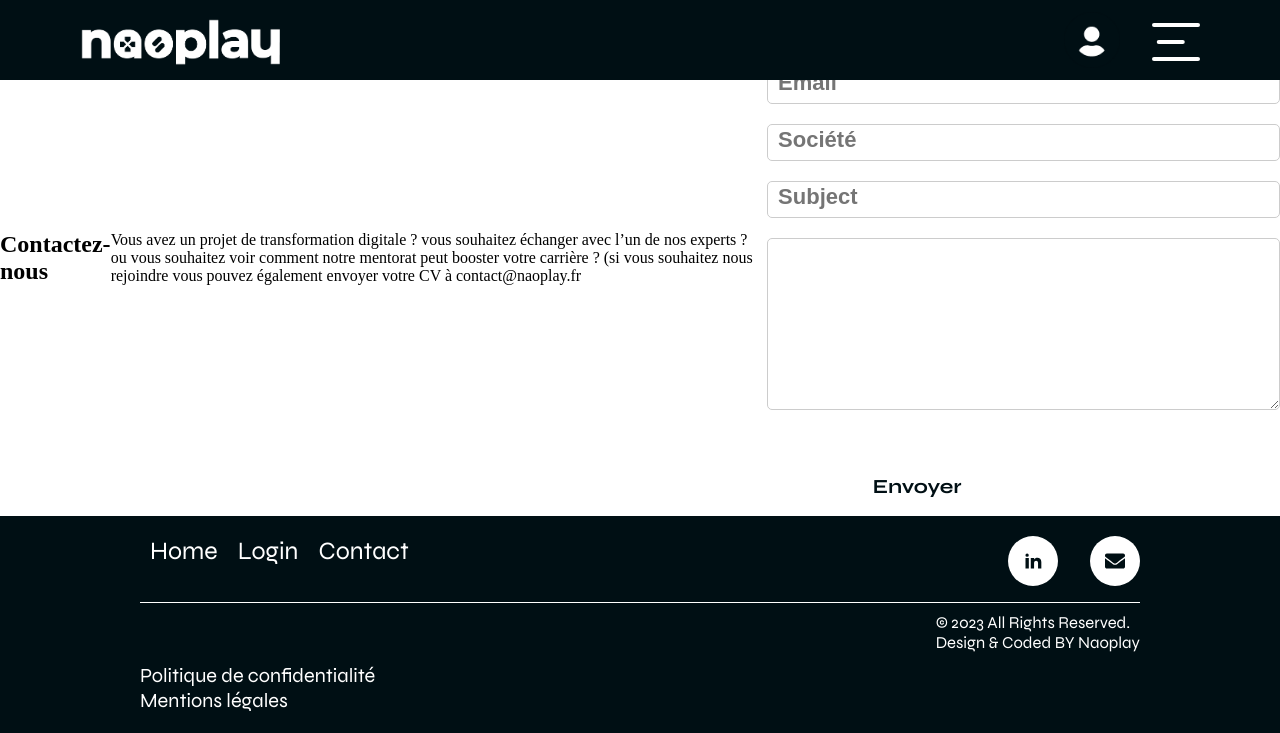
Repository: Hindsedrati/Naoplay
Page: /contact
These files come from the project's save history. The page is drawn as it stood at one moment and after the next save; the edit follows.
The browser window is 1280 px wide. The pictures show the whole page.
The project was rebuilt for these pictures with package versions that can differ from the ones it lists, and the page was loaded fresh each time. Also part of the build but not shown: src/Pages/Login/index.jsx, src/Components/Const/index.jsx, src/Components/Partners/index.jsx, src/Components/Naoplay/index.jsx, src/Components/Api/index.jsx, src/Components/Digitalisation/index.jsx, src/Components/Gateway/index.jsx, src/Components/ApiManagement/index.jsx and 6 more.

Above is the page before, as saved 2023-05-10 12:35:09.

### public/index.html
<!DOCTYPE html>
<html lang="en">
  <head>
    <meta charset="utf-8" />
    <link href="https://fonts.googleapis.com/css2?family=Syne:wght@600;700&display=swap" rel="stylesheet">
    <link rel="apple-touch-icon" sizes="180x180" href="./favicons/apple-touch-icon.png">
    <link rel="icon" type="image/png" sizes="32x32" href="./favicons/favicon-32x32.png">
    <link rel="icon" type="image/png" sizes="16x16" href="./favicons/favicon-16x16.png">
    <link rel="manifest" href="./favicons/site.webmanifest">
    <link rel="mask-icon" href="./favicons/safari-pinned-tab.svg" color="#5bbad5">
    <meta name="viewport" content="width=device-width, initial-scale=1" />
    <meta name="theme-color" content="#000000" />
    <meta
      name="description"
      content="Web site created using create-react-app"
    />
    <link rel="apple-touch-icon" href="%PUBLIC_URL%/logo192.png" />
    <!--
      manifest.json provides metadata used when your web app is installed on a
      user's mobile device or desktop. See https://developers.google.com/web/fundamentals/web-app-manifest/
    -->
    <link rel="manifest" href="%PUBLIC_URL%/manifest.json" />
    <!--
      Notice the use of %PUBLIC_URL% in the tags above.
      It will be replaced with the URL of the `public` folder during the build.
      Only files inside the `public` folder can be referenced from the HTML.

      Unlike "/favicon.ico" or "favicon.ico", "%PUBLIC_URL%/favicon.ico" will
      work correctly both with client-side routing and a non-root public URL.
      Learn how to configure a non-root public URL by running `npm run build`.
    -->
    <title>NAOPLAY</title>
  </head>
  <body>
    <noscript>You need to enable JavaScript to run this app.</noscript>
    <div id="root"></div>
    <!--
      This HTML file is a template.
      If you open it directly in the browser, you will see an empty page.

      You can add webfonts, meta tags, or analytics to this file.
      The build step will place the bundled scripts into the <body> tag.

      To begin the development, run `npm start` or `yarn start`.
      To create a production bundle, use `npm run build` or `yarn build`.
    -->
  </body>
</html>

### src/style.scss
* {
    margin: 0;
    padding: 0;
    box-sizing: border-box;
}

.app-container {
    width: 100%;
    max-width: 100%;
    margin-left: auto;
    margin-right: auto;
}

.main-container {
    width: 100%;
    overflow-x: hidden;
}

@media screen and (min-width: 769px) and (max-width: 1900px) {
    .main-container {
        padding: 70px 80px 20px 80px;
    }
}
@media screen and (min-width: 1901px) {
    .main-container {
        padding: 150px 80px 20px 80px;
    }
}
@media screen and (max-width: 768px) {
    .main-container {
        padding: 1rem;
    }
}

### src/Pages/Contact/index.jsx
import React from 'react'
import './Contact.scss'

function contact () {
  return (
    <section>
        <div className="container">
          <h2 className= "--text-center">Contactez-nous</h2>
          <p> Vous avez un projet de transformation digitale ? vous souhaitez échanger avec l’un de nos experts ? ou vous souhaitez voir comment notre mentorat peut booster votre carrière ? (si vous souhaitez nous rejoindre vous pouvez également envoyer votre CV à contact@naoplay.fr</p>
          <form className= "--formm-control --card" >
              <input type="text" placeholder= 'Full Name' name= 'user_name' required/>
              <input type="email" placeholder= 'Email' name= 'user_email' required/>
              <input type="text" placeholder="Société" name="societe" required />
              <input type="text" placeholder= 'Subject' name= 'subject' required/>
              <textarea name="message" cols="30" rows="10"></textarea>
              <button type= "submit" className= "--btn --btn-primary">Envoyer</button>


          </form>
        </div>
    </section>
  )
}

export default contact;

### src/Layouts/Footer/Index.jsx
import './footer.scss';
import { RiLinkedinFill } from "react-icons/ri";
import { FaEnvelope } from "react-icons/fa";

function Footer() {
  return (
    <footer>
      <div className="footer-content">
        <div className="footer-section links">
          <a href="/">Home</a>
          <a href="/login">Login</a>
          <a href="/Contact">Contact</a>
        </div>

        <div className="footer__icons">
          <a c href="https://www.linkedin.com/company/naoplay/" target="_blank" rel="noreferrer">
            <RiLinkedinFill />
          </a>
          <a  href="mailto:contact@naoplay.fr/" target="_blank" rel="noreferrer">
            <FaEnvelope />
          </a>
        </div>
      </div>

      <div className="footer-bottom">
        <small>&copy; 2023 All Rights Reserved.</small>
        <small>Design & Coded BY Naoplay </small>
      </div>

      <div className="footer-legal">
        <a href='/'>Politique de confidentialité</a>
        <a href='/'>Mentions légales</a>
      </div>
    </footer>
  );
}

export default Footer;

### src/Pages/Contact/Contact.scss
.container {
  display: flex;
  justify-content: center;
  align-items: center;
  height: 100%;
}

.card {
  background-color: white;
  border-radius: 10px;
  padding: 20px;
  box-shadow: 0px 0px 15px rgba(0, 0, 0, 0.1);
  width: 50%;
}

.text-center {
  text-align: center;
}

.form-control {
  margin: 10px 0;
}

.btn {
  border: none;
  border-radius: 5px;
  padding: 10px 20px;
  color: white;
  font-size: 1rem;
  cursor: pointer;
}

.btn-primary {
  background-color: #007bff;
}

input,
textarea {
  width: 100%;
  padding: 10px;
  margin: 10px 0;
  border-radius: 5px;
  border: 1px solid #ccc;
}

### src/Pages/Home/Home.scss
body{
    box-sizing: border-box;
    overflow-x: hidden;
}

### src/Layouts/Footer/footer.scss
@import '../../Sass/variables.scss';

footer {
  height: auto;
  color: $light;
  position: relative;
  background: $dark;
  padding: 20px 0;
  width: 100%;
}

.footer-content {
  font-size: 20px;
  display: flex;
  justify-content: space-between;
  max-width: 1000px;
  margin: 0 auto;
}

.footer-section {
  font-family: $syne;
  display: flex;
}

.links a,
.social a {
  color: #fff;
  text-decoration: none;
  padding: 0 10px;
  font-size: 25px;
}


.footer__icons{

        display: flex;
        gap: 2rem;
        margin-bottom: 1rem;

        a {
            width: 50px;
            height: 50px;
            display: inline-block;
            text-decoration: none;
            color: $dark;
            background-color: $light;
            border-radius: 50%;
            display: flex;
            justify-content: center;
            align-items: center;



        }

        a:hover {
            transform: scale(1.1);
            background-color: $dark;
            color: $light;
        }
}
.footer-bottom {
  font-family: $syne;
  display: grid;
  justify-content: flex-end;
  max-width: 1000px;
  margin: 0 auto;
  font-size: 20px;
  border-top: 1px solid #fff;
  padding-top: 10px;
}

.footer-legal {
  /*display: flex;
  align-items: flex-start;
  justify-content: flex-start;
  max-width: 1000px;
  margin: 0 auto;
  font-size: 20px;

  padding-top: 10px;*/
  display: grid;
  justify-content: flex-start;
  max-width: 1000px;
  margin: 0 auto;
  font-size: 20px;
  padding-top: 10px;

}

.footer-legal a {
  font-family: $syne;
  color: #fff;
  text-decoration: none;
  margin-right: 20px;
}

.footer-legal a:hover {
  text-decoration: underline;
}

### src/Sass/variables.scss
@import url('https://fonts.googleapis.com/css2?family=Syne:wght@200;400;500;600;700&display=swap');
@import url('https://fonts.googleapis.com/css2?family=DM+Sans:wght@200;400;500;600;700&display=swap');

@font-face {
    font-family: 'MonumentExtended';
    src: url('fonts/MonumentExtended-Regular.otf') format('truetype');
    font-weight: normal;
    font-style: normal;
}

$Dm: 'DM Sans', sans-serif;
$syne: 'Syne', sans-serif;

//colors
$dark: #000F14;
$light: white;
$primary: #00A8EB;
$bg: #fdfdfd;

### src/Components/Const/const.scss
@import '../../Sass/variables.scss';

.home {

  color: $light;
  background-image: url('../../assets/vision_naoplay.webp');
  background-size: cover;
  background-position: center;

  h1 {
    font-weight: bold;
    font-family: 'MonumentExtended', sans-serif;
  }

  h2 {
    font-family: $syne;
  }

  &__btn {
    text-decoration: none;
    color: $dark;
    display: inline-block;
    padding: 0.75rem 1.5rem;
    background-color: $light;
    font-family: $syne;
    font-size: 1rem;
    font-weight: 700;
    transition: background-color 0.3s ease;

    &:hover {
      background-color: $dark;
      color: $light;
    }
  }
}

@media screen and (min-width: 769px) and (max-width: 1900px) {
  .home {
    margin-top: 2rem;

    h1 {
      font-size: 70px;
      font-weight: 500;
    }

    h2 {
      margin-top: 80px;
      font-size: 32px;
      font-weight: 700;
      line-height: 40px;
    }

    &__btn {
      margin-top:150px;
    }
  }
}

/* Code ajouté pour centrer en version mobile */
@media screen and (max-width: 768px) {
  .home {
    //height: calc(100vh - 80px);
    //padding: 1rem;
    margin-top: 5rem;
    display: flex;
    justify-content: center;
    align-items: center;
    flex-direction: column;

    h1 {
      font-size: 30px;
      line-height: 45px;
      font-weight: 200;
    }

    h2 {
      margin-top: 50px;
      font-size: 20px;
      font-weight: 500;
      font-family: $Dm;
      line-height: 1.6;
    }

    &__btn {
      margin-top: 30px;
    }
  }
}

@media screen and (min-width: 1901px) {
  .home {
    height: 100vh;
    h1 {
      line-height: 5rem;
      font-size: 70px;
      font-weight: 500;
    }

    h2 {
      margin-top: 80px;
      font-size: 32px;
      font-weight: 700;
      line-height: 40px;
    }

    &__btn {
      margin-top: 80px;
    }
  }

}

### src/Components/Partners/partners.scss
@import '../../Sass/variables.scss';

.partners {
  min-height: 210px;
  background: $dark;
  color: $light;

  &__content {
    display: flex;
    align-items: center;
  }

  &__content h3 {
    font-family: 'MonumentExtended', sans-serif;
    color: $light;
  }
}

@media screen and (min-width: 769px) and (max-width: 1900px) {

  .partners {
    padding-left: 80px;
    display: grid;
    grid-template-columns: 1fr 3fr;

    &__content h3 {
      padding-right: 15px;
      font-size: 20px;
      font-weight: 500;
      line-height: 32px;
    }

    &__image {
      position: relative;
      width: auto;
      height: 70px;
      margin-top: 70px;
      overflow: hidden;
    }

    &__icons {
      position: absolute;
      display: flex;
      width: 150%;
      height: 70px;
      top: 0;
      left: 30px;
      color: #fff;

      animation-name: IconeMove;
      animation-duration: 7s;
      animation-iteration-count: infinite;
      animation-direction: alternate;
      animation-timing-function: ease-in-out;

      @keyframes IconeMove {
        from {
          transform: translateX(-25%);
        }

        to {
          transform: translateX(0);
        }
      }
    }

    &__icons img {
      height: 100%;
      width: auto;
      margin-right: 70px;

    }
  }
}

@media screen and (min-width: 1901px) {

  .partners {
    padding-left: 80px;
    display: grid;
    grid-template-columns: 1fr 3fr;

    &__content h3 {
      padding-right: 15px;
      font-size: 25px;
      font-weight: 500;
      line-height: 32px;
    }

    &__image {
      position: relative;
      width: auto;
      height: 70px;
      margin-top: 70px;
      overflow: hidden;
    }

    &__icons {
      position: absolute;
      display: flex;
      width: 150%;
      height: 70px;
      top: 0;
      left: 30px;
      color: #fff;

      animation-name: IconeMove;
      animation-duration: 9s;
      animation-iteration-count: infinite;
      animation-direction: alternate;
      animation-timing-function: ease-in-out;

      @keyframes IconeMove {
        from {
          transform: translateX(-25%);
        }

        to {
          transform: translateX(0);
        }
      }
    }

    &__icons img {
      height: 100%;
      width: auto;
      margin-right: 70px;

    }
  }
}

@media screen and (max-width: 768px) {

  .partners {
    padding: 1rem;

    &__content h3 {
      font-size: 20px;
      font-weight: 500;
      line-height: 32px;
    }

    &__image {
      position: relative;
      width: auto;
      height: 70px;
      margin-top: 50px;
      overflow: hidden;
    }

    &__icons {
      position: absolute;
      display: flex;
      width: 150%;
      height: 60px;
      top: 0;
      left: 30px;
      color: #fff;

      animation-name: IconeMove;
      animation-duration: 5s;
      animation-iteration-count: infinite;
      animation-direction: alternate;
      animation-timing-function: ease-in-out;

      @keyframes IconeMove {
        from {
          transform: translateX(-200%);
        }

        to {
          transform: translateX(0);
        }
      }
    }

    &__icons img {
      height: 100%;
      width: auto;
      margin-right: 70px;

    }
  }
}

### src/Components/Digitalisation/digital.scss
@import '../../Sass/variables.scss';

.digital {
  background-image: url('../../assets/eye-naoplay.webp');
  background-size: cover;
  background-position: center;
  width: 100%;
  height: 50vh;
  object-fit: none;
  color: $light;
  display: flex;
  align-items: center;
  justify-content: center;

  &__content {
    width: 100%;
    max-width: 960px;
    margin: 0 auto;
    padding: 0 1rem;
    text-align: center;
  }

  &__title {
    font-family: 'MonumentExtended', sans-serif;

    margin: 0;
    font-size: 2rem;
    line-height: 1;

  }

  @media screen and (max-width: 768px) {
    .digital{
      display: none;
    }
  }
}
@media screen and (min-width: 769px) and (max-width: 1900px) {
  .digital{
    display: none;
  }
}
@media screen and (min-width: 1900px){
  .digital{
    display: none;
  }
}

### src/Components/Gateway/gateway.scss
@import '../../Sass/variables.scss';

.Gateway{
    height: 100vh;
    padding: 100px;
    color: $dark;

    &__title {
        font-family: 'MonumentExtended', sans-serif;
    }

    &__content::-webkit-scrollbar {
        width: 0;
    }

}


@media screen and (min-width: 769px) and (max-width: 1900px) {
    .Gateway{
        display: grid;
        grid-template-columns: 1fr 2fr;
        align-items: center;

        &__content__child p{
            line-height: 4rem;
            font-family: $syne;
            font-size: 24px;
            font-weight: bold;
        }
    }

    .partone{
        display: block;
        height: calc(100vh - 200px);
        padding: 8rem 4rem 4rem;
        text-align: right;
        background: $dark;
        color: $light;
    }

    .partone:hover{
        background-color: $primary;
        scroll-behavior: smooth;
    }

    .parttwo{
        position: relative;
        height: calc(100vh - 200px);

        .Gateway__title {
            position: absolute;
            top: 0;
            bottom: 0;
            display: flex;
            align-items: center;
            margin-left: 6rem;
            font-size: 56px;
            vertical-align: middle;
        }

        .G1, .G2, .G3, .G4, .G5 {
            display: inline-block;
            margin-top: 5vh;
            margin-bottom: 5vh;
            border-bottom: 1rem solid $primary;
            border-right: 2rem solid transparent;
            line-height: 36px;
        }

        .G1{
            margin-left: 15%;
        }

        .G2{
            margin-left: 50%;
        }

        .G3{
            margin-left: 80%;
        }

        .G4{
            margin-left: 50%;
        }

        .G5{
            margin-left: 15%;
        }
    }
}

@media screen and (min-width: 1901px) {
    .Gateway{
        display: grid;
        grid-template-columns: 1fr 2fr;
        align-items: center;

        &__content__child p{
            line-height: 9rem;
            font-family: $syne;
            font-size: 30px;
            font-weight: bold;
        }
        .items{
            margin-top: 3rem;
        }
    }

    .partone{
        display: block;
        height: calc(100vh - 200px);
        padding: 4rem 4rem 4rem;
        text-align: right;
        background: $dark;
        color: $light;
    }

    .partone:hover{
        background-color: $primary;
        scroll-behavior: smooth;
    }

    .parttwo{
        position: relative;
        height: calc(100vh - 200px);

        .Gateway__title {
            position: absolute;
            top: 0;
            bottom: 0;
            display: flex;
            align-items: center;
            margin-left: 6rem;
            font-size: 56px;
            vertical-align: middle;
        }

        .G1, .G2, .G3, .G4, .G5 {
            display: inline-block;
            margin-top: 5vh;
            margin-bottom: 5vh;
            border-bottom: 1rem solid $primary;
            border-right: 2rem solid transparent;
            line-height: 36px;
        }

        .G1{
            margin-left: 15%;
        }

        .G2{
            margin-left: 50%;
        }

        .G3{
            margin-left: 80%;
        }

        .G4{
            margin-left: 50%;
        }

        .G5{
            margin-left: 15%;
        }
    }
}

@media screen and (max-width: 768px) {
    .Gateway{
        display: none;
    }
}

### src/Components/Management/management.scss
@import '../../Sass/variables.scss';

.management {
    background: $primary;
    color: $light;

    &__title {
        font-family: 'MonumentExtended', sans-serif;
    }

    &__content::-webkit-scrollbar {
        width: 0;
    }
}

@media screen and (min-width: 769px) and (max-width: 1900px) {
    .management {
        min-height: 100vh;

        &__title {
            display: none;
        }

        &__content {
            width: 100%;
            min-height: 250px;
            padding: 30px 100px;
            display: flex;
            flex-flow: row nowrap;
            gap: 100px;
            font-family: $syne;
            font-size: 20px;
            font-weight: 400;
            line-height: 30px;
            position: relative;

            .arrow_1 {
                display: none;
            }

            .arrow_2 {
                display: none;
            }

            & p {
                margin-top: .8rem;
                font-family: $Dm;
            }
        }
    }
}

@media screen and (min-width: 1901px) {
    .management {
        min-height: 100vh;

        &__title {
            display: none;
        }

        &__content {
            width: 100%;
            min-height: 250px;
            padding: 30px 100px;
            display: flex;
            flex-flow: row nowrap;
            gap: 100px;
            font-family: $syne;
            font-size: 20px;
            font-weight: 400;
            line-height: 30px;
            position: relative;

            .arrow_1 {
                display: none;
            }

            .arrow_2 {
                display: none;
            }

            & p {
                font-size: 25px;
                margin-top: .8rem;
                font-family: $Dm;
            }
        }
    }
}

@media screen and (max-width: 768px) {
    .management {
        padding: 2.5rem 1rem;

        &__content {
            display: flex;
            flex-flow: row nowrap;
            gap: 2rem;
            font-family: $syne;
            font-size: 25px;
            font-weight: 500;
            line-height: 30px;
            overflow: scroll;
            position: relative;

            &__child {
                min-width: 100%;
            }

            .arrow_1 {
                position: absolute;
                bottom: 2px;
                right: 10px;
                font-size: 30px;
                color: $primary;
                background: $light;
                display: flex;
                align-items: center;
                justify-content: center;
                border-radius: 50%;
                width: 40px;
                height: 40px;
            }

            .arrow_2 {
                position: absolute;
                bottom: 2px;
                right: -23rem;
                font-size: 2rem;
                background: $light;
                color: $primary;
                display: flex;
                align-items: center;
                justify-content: center;
                border-radius: 50%;
                width: 40px;
                height: 40px;
            }
        }

        &__title {
            margin-top: 30px;
            font-size: 30px;
            line-height: 30px;
            font-weight: 100;
        }

        &__content {
            font-size: 25px;
            font-weight: 700;
            line-height: 30px;
        }

        & p {
            margin-top: 30px;
            padding: 0rem 1rem;
        }
    }



}

Loaded but not shown: src/reportWebVitals.js (common file); src/index.js (34 lines, source omitted); src/Layouts/Header/header.scss (458 lines, source omitted); src/Components/ApiManagement/api_m.scss (329 lines, source omitted); src/Components/Api/api.scss (344 lines, source omitted); src/Components/Naoplay/naoplay.scss (359 lines, source omitted); src/Layouts/Header/Index.jsx (115 lines, source omitted); src/Pages/Error403/Error403.scss (201 lines, source omitted); src/Components/Mentorat/mentorat.scss (204 lines, source omitted); src/Components/Proxisation/proxi.scss (219 lines, source omitted); src/Pages/Error404/Error.scss (200 lines, source omitted); src/Pages/Login/login.scss (182 lines, source omitted)

After the next save:
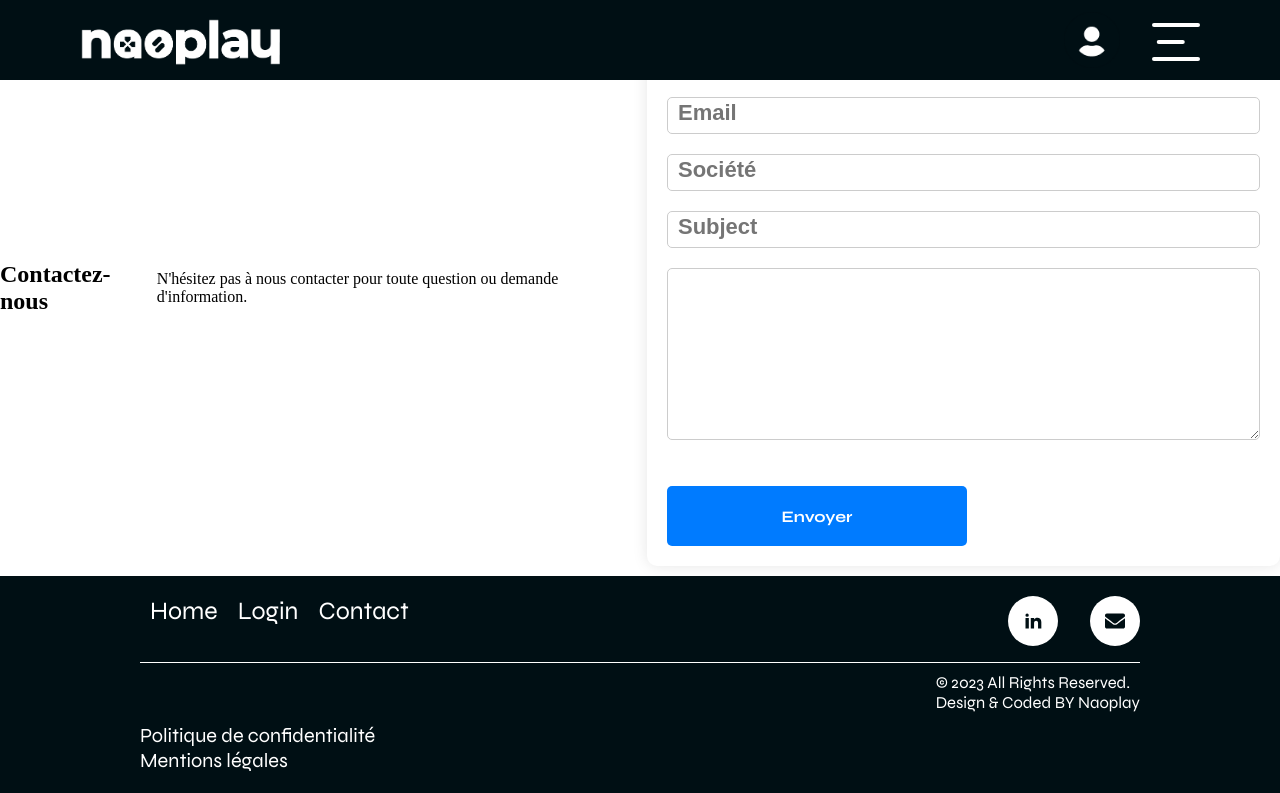
Saved 4 min 25 s later.
--- a/src/Pages/Contact/index.jsx
+++ b/src/Pages/Contact/index.jsx
@@ -3,22 +3,21 @@
 
 function contact () {
   return (
-    <section>
-        <div className="container">
-          <h2 className= "--text-center">Contactez-nous</h2>
-          <p> Vous avez un projet de transformation digitale ? vous souhaitez échanger avec l’un de nos experts ? ou vous souhaitez voir comment notre mentorat peut booster votre carrière ? (si vous souhaitez nous rejoindre vous pouvez également envoyer votre CV à contact@naoplay.fr</p>
-          <form className= "--formm-control --card" >
-              <input type="text" placeholder= 'Full Name' name= 'user_name' required/>
-              <input type="email" placeholder= 'Email' name= 'user_email' required/>
-              <input type="text" placeholder="Société" name="societe" required />
-              <input type="text" placeholder= 'Subject' name= 'subject' required/>
-              <textarea name="message" cols="30" rows="10"></textarea>
-              <button type= "submit" className= "--btn --btn-primary">Envoyer</button>
+    <section class="contact-form">
+  <div class="container">
+    <h2>Contactez-nous</h2>
+    <p>N'hésitez pas à nous contacter pour toute question ou demande d'information.</p>
+    <form class="form-control card">
+      <input type="text" placeholder="Full Name" name="user_name" required />
+      <input type="email" placeholder="Email" name="user_email" required />
+      <input type="text" placeholder="Société" name="societe" required />
+      <input type="text" placeholder="Subject" name="subject" required />
+      <textarea name="message" cols="30" rows="10"></textarea>
+      <button type="submit" class="btn btn-primary">Envoyer</button>
+    </form>
+  </div>
+</section>
 
-
-          </form>
-        </div>
-    </section>
   )
 }
 
